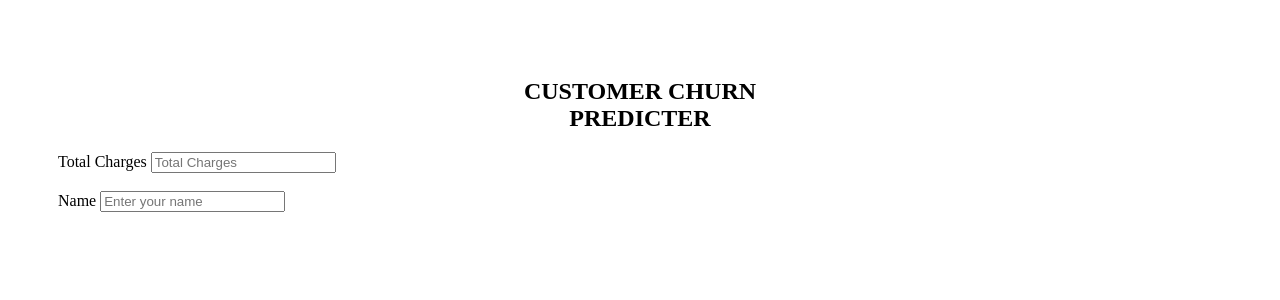
Repository: Cedrqmwesigwa/customer-churn-Bank
Page: index.html
The author's editor kept a copy of each file at every save. The page is drawn from the files as they stood at one save, then again after a run of saves.
The browser window is 1280 px wide. The pictures show the whole page.

Above is the page before, as saved 2024-05-21 03:31:07.

### index.html
<!DOCTYPE html>
<html>
    <head>
        <meta charset= 'UTF-8' >
        <title>ML API</title>

    </head>

    <body>
        <style>
            body{
	        padding: 50px;
            padding-top: 20;
}
            input [ type="text" ] {
                padding: 10%;
                border: 1px;
                border-radius: 4px;
            }
            /* label{
                /* font-weight:bold; */
            /* } */

        </style>
        <section>
            <div class="login">
                <!-- <div style="center"></div> -->
                <h1 style="text-align: center;"> CUSTOMER CHURN <br> PREDICTER</h1>
        </section>

            <section>
                <form action=" {{url for (predict)}}" method="POST">
                    <div>
                        <label for="Total Charges"> Total Charges  </label>
                        <input type="number" name="Total Charges" id="name" placeholder="Total Charges" required="required" />
                    </div>

                    <br>

                    <div>
                        <label for="name"> Name </label>
                        <input type="text" name="name" id="name" placeholder="Enter your name" required="required" />
                    </div>

                    <br>

                    <div>

                    </div>







                </form>
            </section>


        </div>
    </body>
</html>

After the next 4 saves:
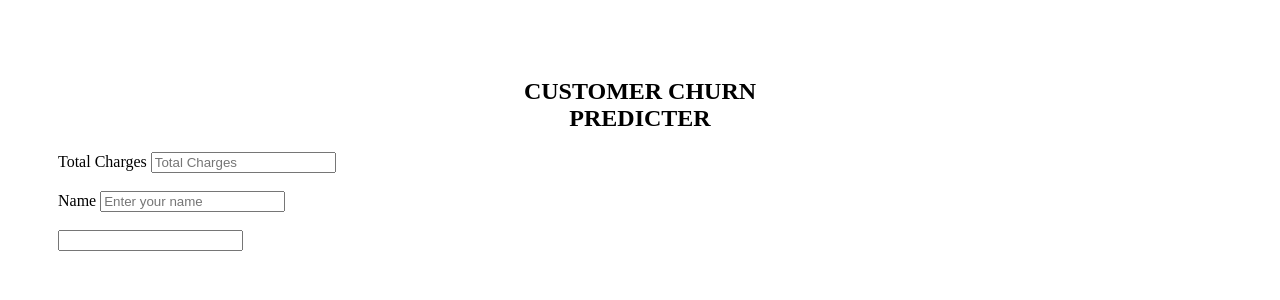
The 4 saves are shown as one change because they came seconds apart.
The last was saved 12 s later.
--- a/index.html
+++ b/index.html
@@ -45,7 +45,7 @@
                     <br>
 
                     <div>
-
+                        <input type="text" class="reset">
                     </div>
 
 
